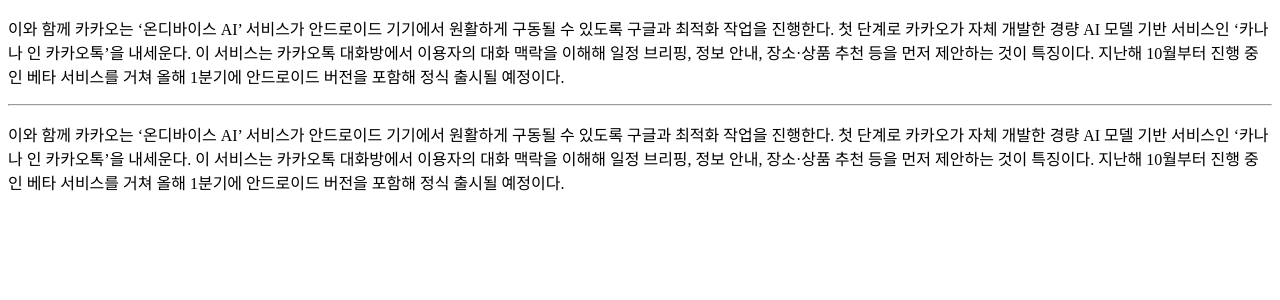
Repository: HongTaeHun337/HTML-CSS-JavaScript-
Page: html/HtmlTest/src/main/webapp/WEB-INF/ex08_hr.html
These files come from the project's save history. The page is drawn as it stood at one moment and after the next save; the edit follows.
The browser window is 1280 px wide. The pictures show the whole page.

Above is the page before, as saved 2026-02-13 00:32:23.

### html/HtmlTest/src/main/webapp/WEB-INF/ex08_hr.html
<!DOCTYPE html>
<html>
<head>
<meta charset="UTF-8">
<title>Insert title here</title>
</head>
<body>
	<!-- ex08_hr.html -->
	<!--

		<hr> 태그
		- Horizontal Rule, 수평바
		- 문단과 문단을 구분하는 역할
		- 콘텐츠와 콘텐츠를 구분하는 역할
		- 단독태그


	 -->

	 <p>이와 함께 카카오는 ‘온디바이스 AI’ 서비스가 안드로이드 기기에서 원활하게 구동될 수 있도록 구글과 최적화 작업을 진행한다.
	 첫 단계로 카카오가 자체 개발한 경량 AI 모델 기반 서비스인 ‘카나나 인 카카오톡’을 내세운다. 이 서비스는 카카오톡 대화방에서
	 이용자의 대화 맥락을 이해해 일정 브리핑, 정보 안내, 장소·상품 추천 등을 먼저 제안하는 것이 특징이다.
	 지난해 10월부터 진행 중인 베타 서비스를 거쳐 올해 1분기에 안드로이드 버전을 포함해 정식 출시될 예정이다.</p>

	 <hr>

	 <p>이와 함께 카카오는 ‘온디바이스 AI’ 서비스가 안드로이드 기기에서 원활하게 구동될 수 있도록 구글과 최적화 작업을 진행한다.
	 첫 단계로 카카오가 자체 개발한 경량 AI 모델 기반 서비스인 ‘카나나 인 카카오톡’을 내세운다. 이 서비스는 카카오톡 대화방에서
	 이용자의 대화 맥락을 이해해 일정 브리핑, 정보 안내, 장소·상품 추천 등을 먼저 제안하는 것이 특징이다.
	 지난해 10월부터 진행 중인 베타 서비스를 거쳐 올해 1분기에 안드로이드 버전을 포함해 정식 출시될 예정이다.</p>


</body>
</html>

After the next save:
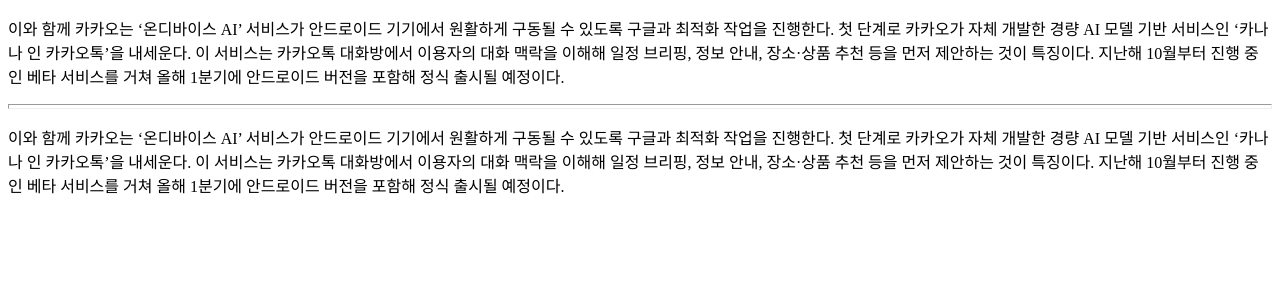
Saved 62 s later.
--- a/html/HtmlTest/src/main/webapp/WEB-INF/ex08_hr.html
+++ b/html/HtmlTest/src/main/webapp/WEB-INF/ex08_hr.html
@@ -14,6 +14,13 @@
 		- 콘텐츠와 콘텐츠를 구분하는 역할
 		- 단독태그
 
+		hr 속성
+
+		1. size: 선의 두께
+
+
+		HTML 속성값의 형태(***)
+
 
 	 -->
 
@@ -22,7 +29,7 @@
 	 이용자의 대화 맥락을 이해해 일정 브리핑, 정보 안내, 장소·상품 추천 등을 먼저 제안하는 것이 특징이다.
 	 지난해 10월부터 진행 중인 베타 서비스를 거쳐 올해 1분기에 안드로이드 버전을 포함해 정식 출시될 예정이다.</p>
 
-	 <hr>
+	 <hr size = "5">
 
 	 <p>이와 함께 카카오는 ‘온디바이스 AI’ 서비스가 안드로이드 기기에서 원활하게 구동될 수 있도록 구글과 최적화 작업을 진행한다.
 	 첫 단계로 카카오가 자체 개발한 경량 AI 모델 기반 서비스인 ‘카나나 인 카카오톡’을 내세운다. 이 서비스는 카카오톡 대화방에서
